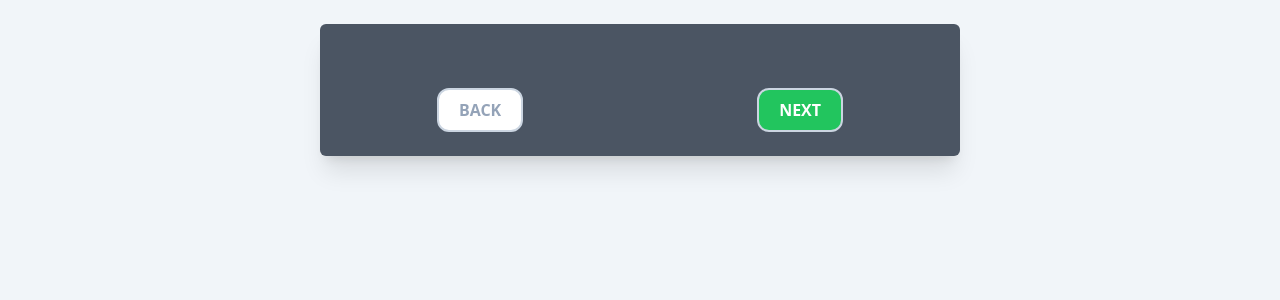
Repository: OmniaRafat232111121/reactstepper
Page: /
These files come from the project's save history. The page is drawn as it stood at one moment and after the next save; the edit follows.
The browser window is 1280 px wide. The pictures show the whole page.
The project was rebuilt for these pictures with package versions that can differ from the ones it lists, and the page was loaded fresh each time. Also part of the build but not shown: src/App.css.

Above is the page before, as saved 2023-02-22 00:26:11.

### src/index.css
@tailwind base;
@tailwind components;
@tailwind utilities;


body {
  background: #f1f5f9;
}

code {
  font-family: source-code-pro, Menlo, Monaco, Consolas, 'Courier New',
    monospace;
}

### src/App.js

import './App.css';
import Stepper from './Component/Stepper';
import StepperControl from './Component/StepperControl';
function App() {
  return (
    <div className="md:w-1/2 mx-auto  rounded-md shadow-xl bg-gray-600 pb-2 mt-5">
     {/*stepper*/}
    <div className='container horizontal mt-5'>
    <Stepper/>
    </div>
     {/*StepperCOntrol*/}
     <StepperControl/>
    </div>
  );
}

export default App;

### src/Component/Stepper.js
import React from 'react'
const displaySteps=()=>(
  <div className='w-full flex items-center'>
  <div className='relative flex flex-col items-center text-teal-500'>
        <div className='rounded-full transition duration-200 ease-in-out rounded-md border-2 border-gray-300 h-12 w-20 flex items-center justify-center py-3'>{/* Display number*/ }
        1 {/* Display number*/ }
        </div>
      <div className='absolute top-0 mt-16 w-32  text-center text-xs font-medium uppercase text-white'>
       description  {/* Display decsription*/ }
      </div>
      </div>

        <div className=' flex-auto border-t-2  text-white transition duration-500 ease-in-out'>
        {/* Display line*/ }


        </div>

  </div>
);
const Stepper = () => {
  return (
    <div className=' mx-4 my-6 p-5 flex justify-between items-center '>
        {displaySteps}


    </div>
  )
}

export default Stepper

### src/Component/StepperControl.js
import React from 'react'

const StepperControl = () => {
  return (
    <div className='container  flex justify-around mt-5 mb-4'>
       {/*back button*/}
       <button className='bg-white text-slate-400 font-semibold  uppercase px-5 py-2  rounded-xl
       cursor-pointer border-2 border-slate-300 hover:bg-slate-700 hover:text-white transition duration-200 ease-in-out'>
       Back
       </button>
        {/*next button*/}
        <button className='bg-green-500 text-white font-semibold  uppercase px-5 py-2  rounded-xl
        cursor-pointer border-2 border-slate-300 hover:bg-slate-700 hover:text-white transition duration-200 ease-in-out'>
        Next
        </button>
    </div>
  )
}

export default StepperControl

Loaded but not shown: public/index.html (common file); src/index.js (common file); tailwind.config.js (common file)

After the next save:
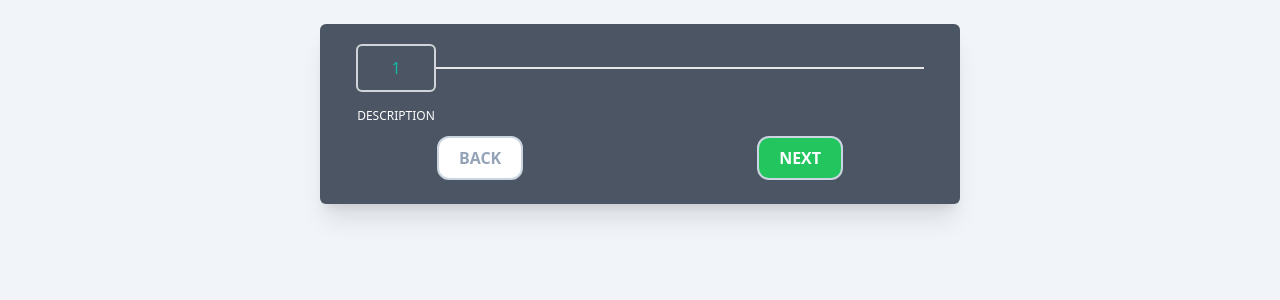
Saved 20 s later.
--- a/src/Component/Stepper.js
+++ b/src/Component/Stepper.js
@@ -1,5 +1,5 @@
 import React from 'react'
-const displaySteps=()=>(
+const displaySteps=(
   <div className='w-full flex items-center'>
   <div className='relative flex flex-col items-center text-teal-500'>
         <div className='rounded-full transition duration-200 ease-in-out rounded-md border-2 border-gray-300 h-12 w-20 flex items-center justify-center py-3'>{/* Display number*/ }
